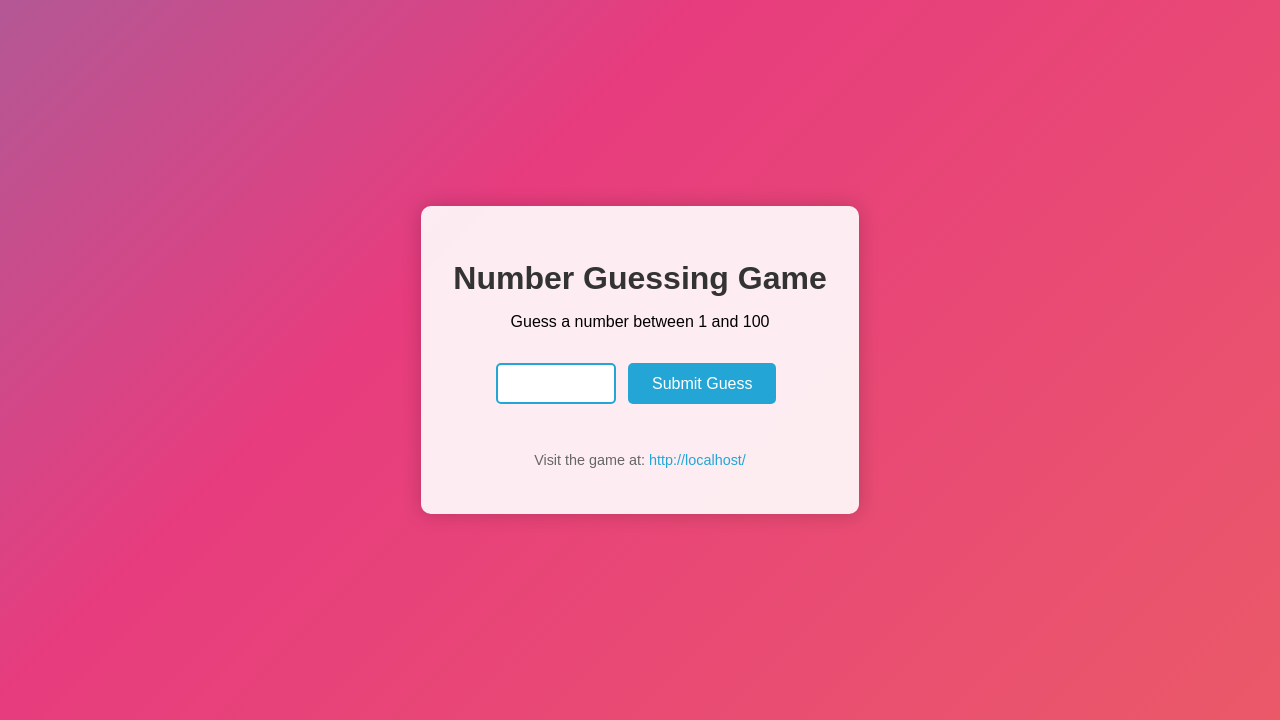
Repository: TasnimulIntazamAsif/numberguessingGame
Page: http://localhost/
The author's editor kept a copy of each file at every save. The page is drawn from the files as they stood at one save, then again after the next save.
The browser window is 1280 px wide. The pictures show the whole page.
The page is served by the project's application, run on Flask 3 (app.py).

Above is the page before, as saved 2025-01-03 19:20:49.

### templates/index.html
<!DOCTYPE html>
<html lang="en">
<head>
    <meta charset="UTF-8">
    <meta name="viewport" content="width=device-width, initial-scale=1.0">
    <title>Number Guessing Game</title>
    <link rel="stylesheet" href="{{ url_for('static', filename='style.css') }}">
</head>
<body>
    <div class="container">
        <h1>Number Guessing Game</h1>
        <p>Guess a number between 1 and 100</p>
        <input type="number" id="guessInput" min="1" max="100">
        <button onclick="checkGuess()">Submit Guess</button>
        <p id="message"></p>
        <button onclick="resetGame()" id="resetBtn" style="display: none;">Play Again</button>
        <p class="website-link">Visit the game at: <span id="gameUrl"></span></p>
    </div>

    <script>
        // Display the current URL
        document.getElementById('gameUrl').textContent = window.location.href;

        let randomNumber = Math.floor(Math.random() * 100) + 1;
        let attempts = 0;

        function checkGuess() {
            const guess = parseInt(document.getElementById('guessInput').value);
            const message = document.getElementById('message');
            attempts++;

            if (isNaN(guess) || guess < 1 || guess > 100) {
                message.textContent = 'Please enter a valid number between 1 and 100';
                return;
            }

            if (guess === randomNumber) {
                message.textContent = `Congratulations! You got it in ${attempts} attempts!`;
                document.getElementById('resetBtn').style.display = 'block';
                document.getElementById('guessInput').disabled = true;
            } else if (guess < randomNumber) {
                message.textContent = 'Too low! Try again!';
            } else {
                message.textContent = 'Too high! Try again!';
            }
        }

        function resetGame() {
            randomNumber = Math.floor(Math.random() * 100) + 1;
            attempts = 0;
            document.getElementById('message').textContent = '';
            document.getElementById('guessInput').value = '';
            document.getElementById('guessInput').disabled = false;
            document.getElementById('resetBtn').style.display = 'none';
        }
    </script>
</body>
</html>

### app.py
from flask import Flask, render_template
import random

app = Flask(__name__)

@app.route('/')
def home():
    return render_template('index.html')

if __name__ == '__main__':
    app.run(debug=True)

### static/style.css
body {
    margin: 0;
    padding: 0;
    min-height: 100vh;
    display: flex;
    justify-content: center;
    align-items: center;
    font-family: Arial, sans-serif;
    background: linear-gradient(-45deg, #ee7752, #e73c7e, #23a6d5, #23d5ab);
    background-size: 400% 400%;
    animation: gradient 15s ease infinite;
}

@keyframes gradient {
    0% {
        background-position: 0% 50%;
    }
    50% {
        background-position: 100% 50%;
    }
    100% {
        background-position: 0% 50%;
    }
}

.container {
    background-color: rgba(255, 255, 255, 0.9);
    padding: 2rem;
    border-radius: 10px;
    box-shadow: 0 0 20px rgba(0, 0, 0, 0.2);
    text-align: center;
    max-width: 400px;
}

h1 {
    color: #333;
    margin-bottom: 1rem;
}

input {
    padding: 0.5rem;
    font-size: 1.1rem;
    width: 100px;
    margin: 1rem 0;
    border: 2px solid #23a6d5;
    border-radius: 5px;
}

button {
    background-color: #23a6d5;
    color: white;
    border: none;
    padding: 0.7rem 1.5rem;
    font-size: 1rem;
    border-radius: 5px;
    cursor: pointer;
    margin: 0.5rem;
    transition: background-color 0.3s ease;
}

button:hover {
    background-color: #1b8ab2;
}

#message {
    margin: 1rem 0;
    font-size: 1.1rem;
    color: #333;
}

#resetBtn {
    background-color: #e73c7e;
}

#resetBtn:hover {
    background-color: #c62e68;
}

.website-link {
    margin-top: 2rem;
    font-size: 0.9rem;
    color: #666;
}

#gameUrl {
    color: #23a6d5;
    word-break: break-all;
}

After the next save:
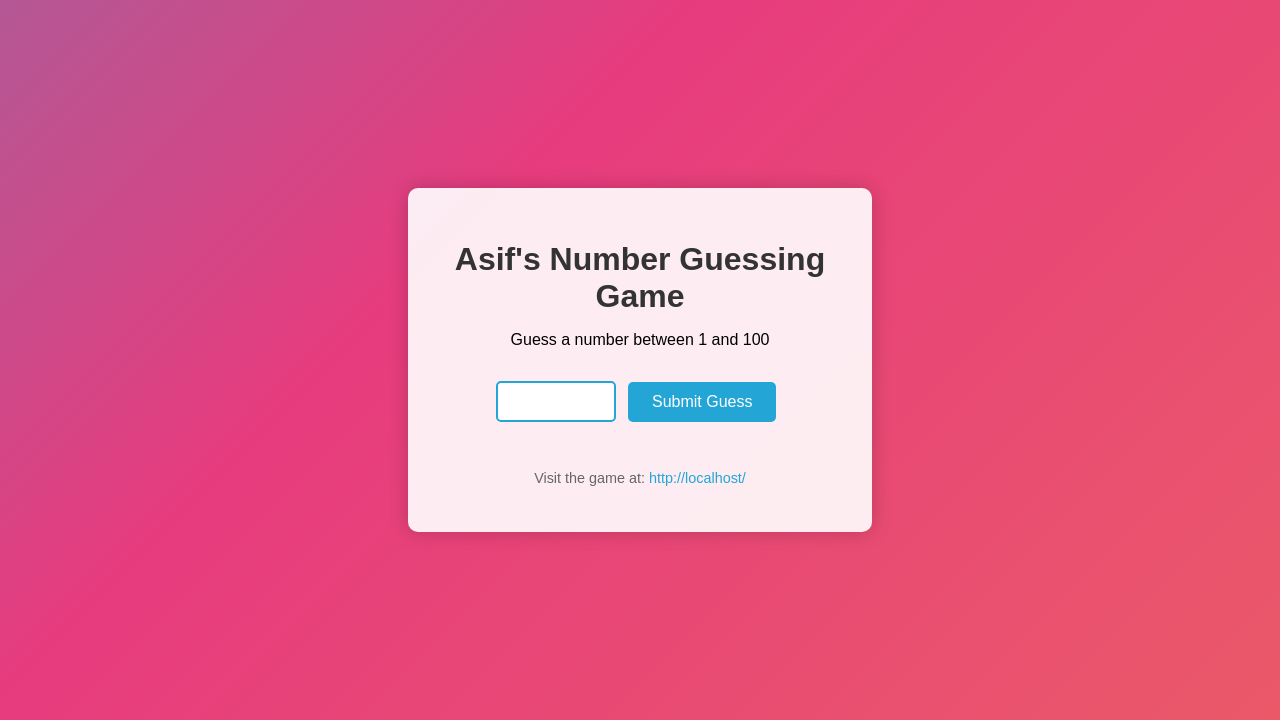
Saved 87 s later.
--- a/templates/index.html
+++ b/templates/index.html
@@ -8,7 +8,7 @@
 </head>
 <body>
     <div class="container">
-        <h1>Number Guessing Game</h1>
+        <h1>Asif's Number Guessing Game</h1>
         <p>Guess a number between 1 and 100</p>
         <input type="number" id="guessInput" min="1" max="100">
         <button onclick="checkGuess()">Submit Guess</button>
